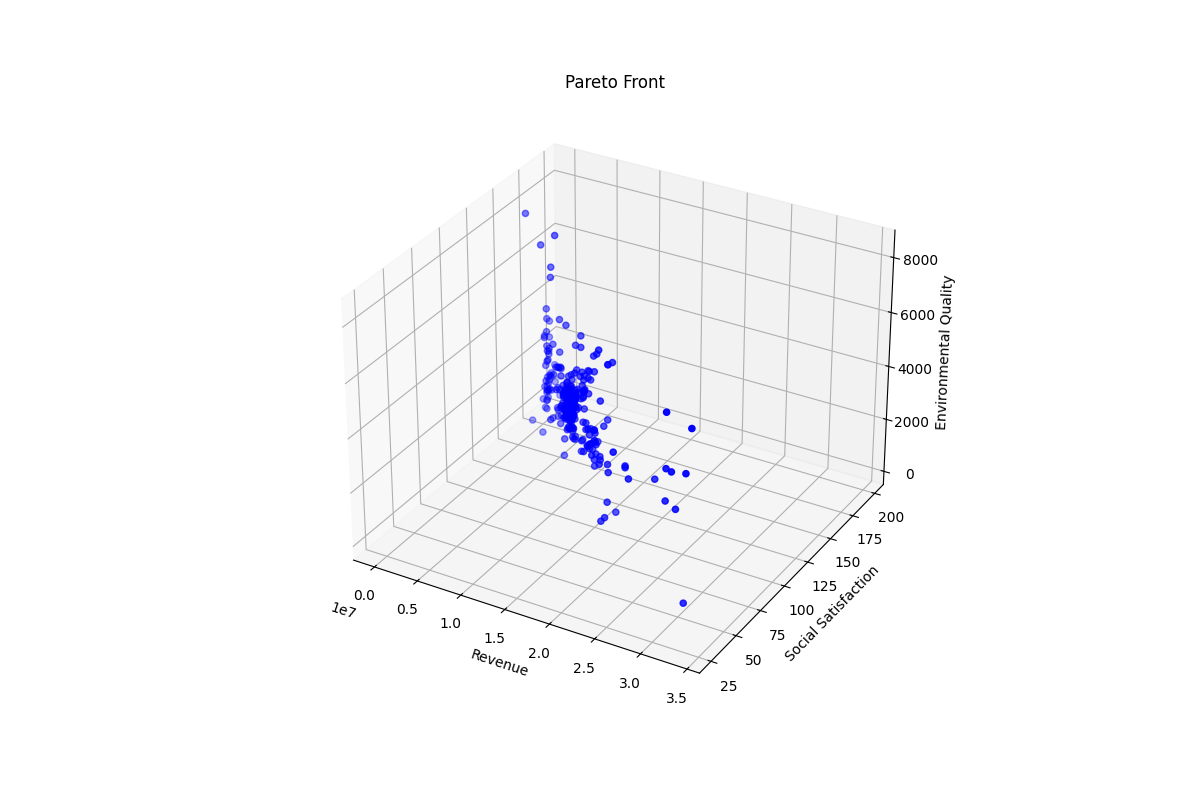
Repository: Kevinye0116/MCM
Script's output: python Coding/trial2.py
An editor plug-in stored every save of this project. The script's output is shown before and after the next save, followed by the edit.
Random numbers start from a fixed seed.

Above is the script's output before, as saved 2025-01-25 11:18:13.

After the next save:
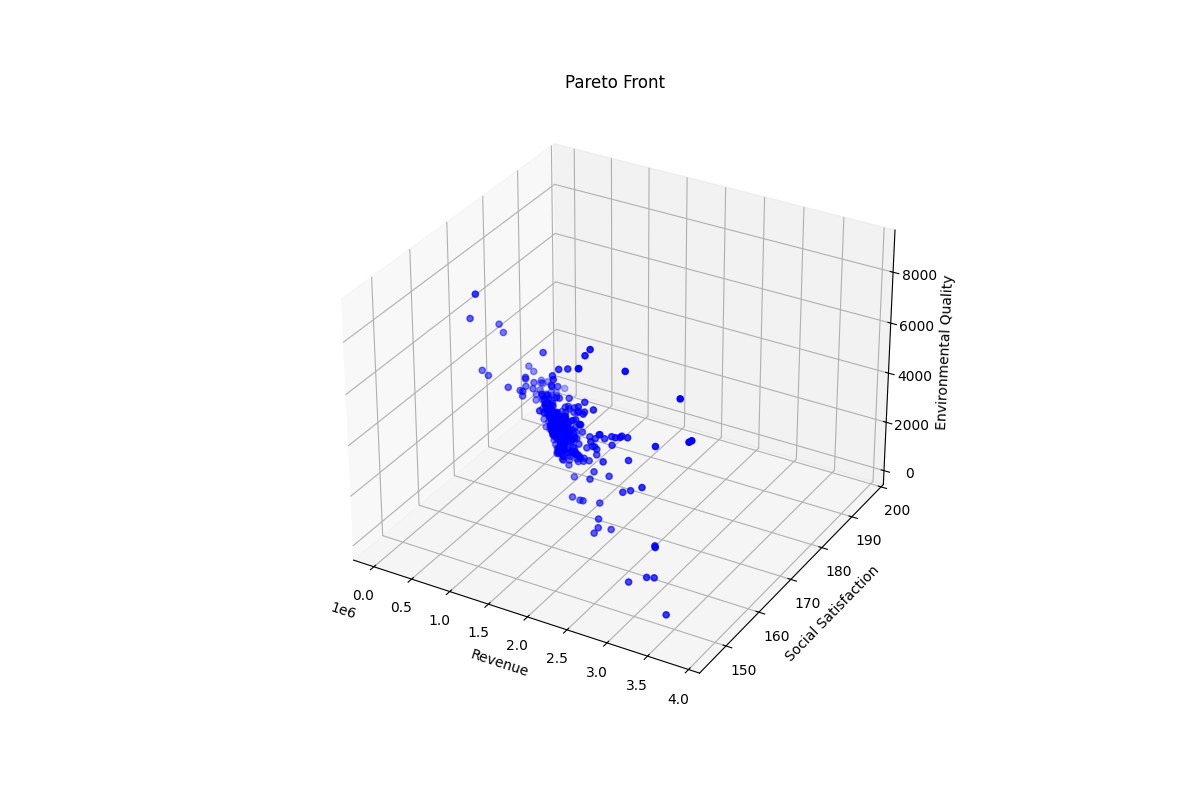
Saved 30 s later.
--- a/Coding/trial2.py
+++ b/Coding/trial2.py
@@ -27,10 +27,10 @@ class TourismOptimization:
         self.delta = 0.05  # 环境影响因子
 
         # 约束条件上限
-        self.Nt_max = 5000000  # 最大游客数量
+        self.Nt_max = 10000  # 最大游客数量
         self.tau_max = 100  # 最大旅游税
-        self.Pt_max = 10000  # 最大游客消费
-        self.CO2_max = 5000000  # 最大碳排放量
+        self.Pt_max = 1000  # 最大游客消费
+        self.CO2_max = 500000  # 最大碳排放量
         self.E_min = 50  # 最小环境质量指数
 
         # 其他参数
@@ -273,7 +273,7 @@ def main():
     # 输出结果
     print(f"\nFound {len(pareto_front)} best solutions")
     print("\nShow top 20 solutions:")
-    for i, solution in enumerate(pareto_front[1000:1001]):
+    for i, solution in enumerate(pareto_front[:20]):
         Nt, tau_t, Pt = solution
         revenue = optimizer.calculate_revenue(solution)
         satisfaction = optimizer.calculate_social_satisfaction(solution)
@@ -285,7 +285,7 @@ def main():
         print(f"Expenses per tourist: {Pt:.2f}")
         print(f"Total revenue: {revenue:.2f}")
         print(f"Social satisfaction: {satisfaction:.2f}")
-        print(f"Environmental quality: {environment:.2f}")
+        print(f"环境质量指数: {environment:.2f}")
 
     # 可视化结果
     optimizer.visualize_pareto_front(pareto_front)
